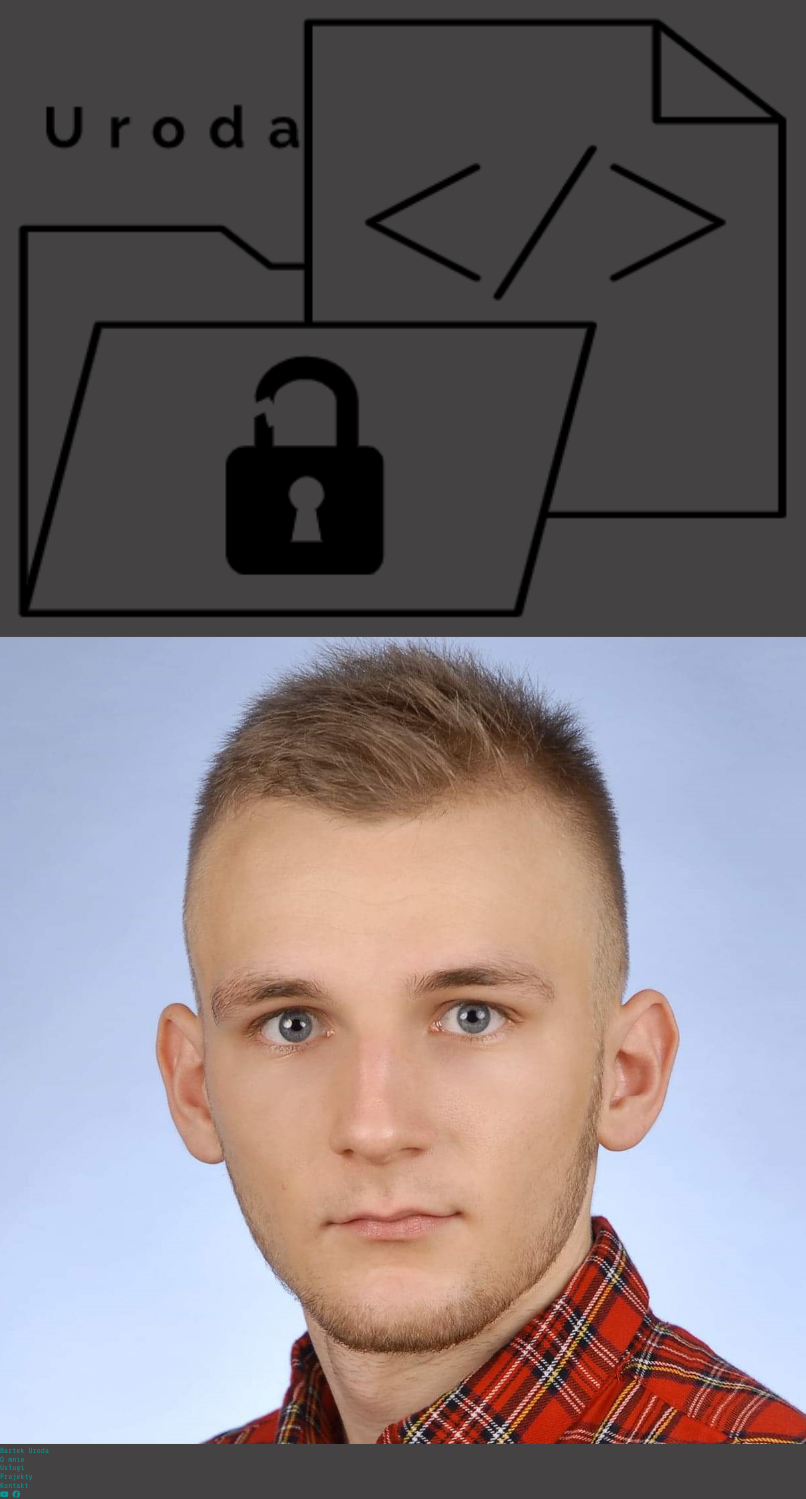
Repository: BartekUroda/portfolio
Page: index.html
These files come from the project's save history. The page is drawn as it stood at one moment and after the next save; the edit follows.
The browser window is 1280 px wide. The pictures show the whole page, at 63% of full size.
Some web libraries are served in a nearby version.

Above is the page before, as saved 2020-10-26 17:22:56.

### index.html
<!DOCTYPE html>
<html lang="en">
<head>
    <meta charset="UTF-8">
    <meta name="viewport" content="width=device-width, initial-scale=1.0">
    <title>Portfolio-Bartek Uroda</title>
    <link rel="stylesheet" type="text/css" href="css/style.css">
    <script src="js/script.js"></script>
    <link href="https://fonts.googleapis.com/css2?family=Poppins&sfamily=Share+Tech+Mono&display=swap" rel="stylesheet">
    <script src="https://kit.fontawesome.com/056e5c10dc.js" crossorigin="anonymous"></script>
    <link rel="shortcut icon" type="image/x-icon" href="images/favicon.ico" />
</head>
<body>
    <header>
        <div class="container">
            <nav>
                <div class="nav-brand">
                    <a href="index.html">
                        <img src="images/logo.png" alt="Uroda">
                    </a>
                </div>
                <div class="burger-menu-icon">
                    <div class="line1"></div>
                    <div class="line2"></div>
                    <div class="line3"></div>
                </div>
                <ul class="nav-list">
                    <li class="nav-item">
                      <a href="#landing-page">
                        <img
                          src="images/profile.jpeg"
                          alt="Bartek Uroda"
                          class="profile-pic nav-link"
                        >
                        <span class="caption nav-link">Bartek Uroda</span>
                      </a>
                    </li>
                    <li class="nav-item">
                      <a href="#about" class="nav-link">O mnie</a>
                    </li>
                    <li class="nav-item">
                      <a href="#services" class="nav-link">Usługi</a>
                    </li>
                    <li class="nav-item">
                      <a href="#projects" class="nav-link">Projekty</a>
                    </li>
                    <li class="nav-item">
                      <a href="#contact" class="nav-link">Kontakt</a>
                    </li>
                    <li class="nav-item">
                      <a href="https://www.youtube.com/channel/UCzT1h5RNvmbtrmKT5hPjyAg?view_as=subscriber" target="_blank" class="nav-link">
                        <i class="fab fa-youtube"></i>
                      </a>
                      <a href="https://www.facebook.com/bartlomiej.uroda.3" target="_blank" class="nav-link">
                        <i class="fab fa-facebook"></i>
                      </a>
                    </li>
                  </ul>
            </nav>
        </div>
    </header>
  </body>
</html>

### css/style.css
/* ----------GLOBAL STYLES---------- */
*,
*::before,
*::after {
  margin: 0;
  padding: 0;
  box-sizing: inherit;
}
html {
    font-family: "Share Tech Mono", monospace;
    font-size: 12px;
    box-sizing: border-box;
    scroll-behavior: smooth;
    color: #e7e7e7;
    background: rgb(68, 66, 66);
}

a {
    text-decoration: none;
    color: rgb(3, 155, 155);
}

a:hover {
    color: rgba(249, 105, 14, 1);
}

ul {
    list-style: none;
}

p {
    font-size: 1.4rem;
}

img {
    width: 100%;
    max-width: 100%;
    height: auto;
}

Loaded but not shown: js/script.js (no stored copy; drawn as an empty file)

After the next save:
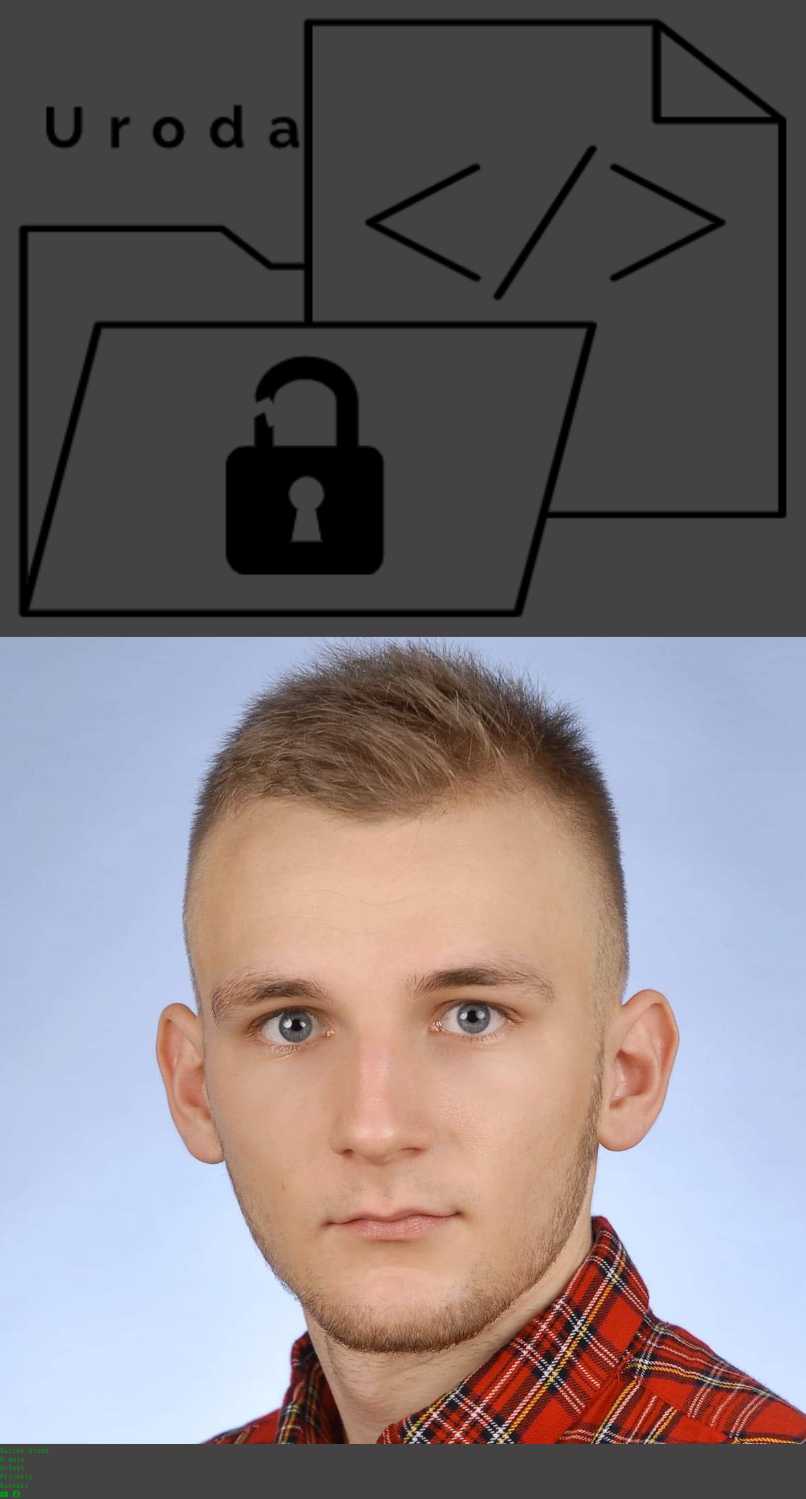
Saved 3 min 53 s later.
--- a/index.html
+++ b/index.html
@@ -10,7 +10,7 @@
     <script src="https://kit.fontawesome.com/056e5c10dc.js" crossorigin="anonymous"></script>
     <link rel="shortcut icon" type="image/x-icon" href="images/favicon.ico" />
 </head>
-<body>
+ <body>
     <header>
         <div class="container">
             <nav>
@@ -59,5 +59,5 @@
             </nav>
         </div>
     </header>
-  </body>
+ </body>
 </html>
--- a/css/style.css
+++ b/css/style.css
@@ -17,7 +17,7 @@ html {
 
 a {
     text-decoration: none;
-    color: rgb(3, 155, 155);
+    color: rgb(3, 155, 23);
 }
 
 a:hover {
